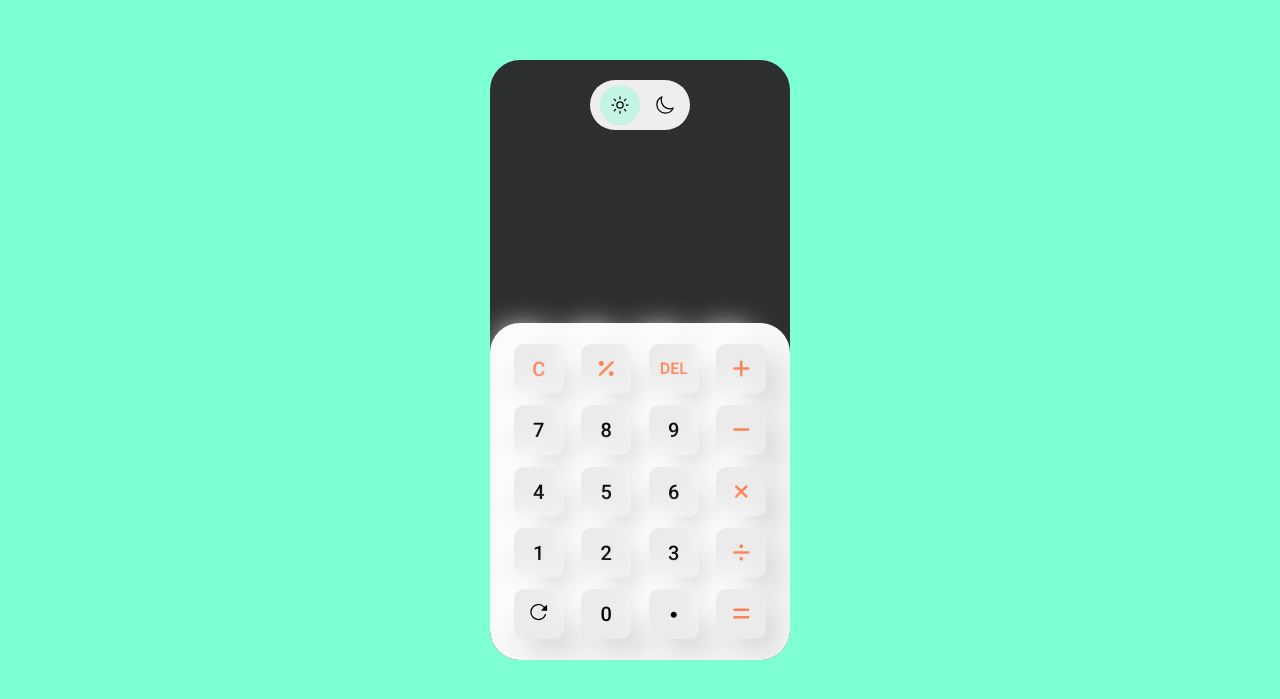
Repository: dinhtri123/caculator-app
Page: index.html
The author's editor kept a copy of each file at every save. The page is drawn from the files as they stood at one save, then again after the next save.
The browser window is 1280 px wide. The pictures show the whole page.
After loading, the first visible `div.button-mode` was clicked once.

Above is the page before, as saved 2023-01-03 21:28:55.

### index.html
<!DOCTYPE html>
<html lang="en" data-theme="light">
  <head>
    <meta charset="UTF-8" />
    <meta http-equiv="X-UA-Compatible" content="IE=edge" />
    <meta name="viewport" content="width=device-width, initial-scale=1.0" />
    <title>Caculator App</title>
    <script
      type="module"
      src="https://unpkg.com/ionicons@5.5.2/dist/ionicons/ionicons.esm.js"
    ></script>
    <script
      nomodule
      src="https://unpkg.com/ionicons@5.5.2/dist/ionicons/ionicons.js"
    ></script>
    <link
      rel="stylesheet"
      href="https://cdnjs.cloudflare.com/ajax/libs/font-awesome/6.2.1/css/all.min.css"
      integrity="sha512-MV7K8+y+gLIBoVD59lQIYicR65iaqukzvf/nwasF0nqhPay5w/9lJmVM2hMDcnK1OnMGCdVK+iQrJ7lzPJQd1w=="
      crossorigin="anonymous"
      referrerpolicy="no-referrer"
    />
    <link rel="stylesheet" href="style.css" />
  </head>
  <body>
    <div class="wrapper">
      <div class="mode">
        <div class="button-mode light active-mode">
          <ion-icon name="sunny-outline" class="icon-mode"></ion-icon>
        </div>
        <div class="button-mode dark">
          <ion-icon name="moon-outline" class="icon-mode"></ion-icon>
        </div>
      </div>
      <div class="main">
        <div class="display">
          <div class="show"></div>
          <div class="result"></div>
        </div>
        <div class="caculator">
          <div>
            <button class="btn clear operator">C</button>
          </div>
          <div>
            <button value="%" class="btn operator">
              <i class="fa-solid fa-percent"></i>
            </button>
          </div>
          <div>
            <button class="btn delete operator">DEL</button>
          </div>
          <div>
            <button value="+" class="btn">
              <i class="fa-solid fa-plus operator"></i>
            </button>
          </div>
          <div>
            <button value="7" class="btn">7</button>
          </div>
          <div>
            <button value="8" class="btn">8</button>
          </div>
          <div>
            <button value="9" class="btn">9</button>
          </div>
          <div>
            <button value="-" class="btn operator">
              <i class="fa-solid fa-minus"></i>
            </button>
          </div>
          <div>
            <button value="4" class="btn">4</button>
          </div>
          <div>
            <button value="5" class="btn">5</button>
          </div>
          <div>
            <button value="6" class="btn">6</button>
          </div>
          <div>
            <button value="*" class="btn operator">
              <i class="fa-solid fa-xmark"></i>
            </button>
          </div>
          <div>
            <button value="1" class="btn">1</button>
          </div>
          <div>
            <button value="2" class="btn">2</button>
          </div>
          <div>
            <button value="3" class="btn">3</button>
          </div>
          <div>
            <button value="/" class="btn operator">
              <i class="fa-solid fa-divide"></i>
            </button>
          </div>
          <div>
            <button class="undo">
              <ion-icon name="reload-outline"></ion-icon>
            </button>
          </div>
          <div>
            <button value="0" class="btn">0</button>
          </div>
          <div>
            <button class="btn dot" value=".">
              <i class="fa-solid fa-circle"></i>
            </button>
          </div>
          <div>
            <button class="btn equal operator">
              <i class="fa-solid fa-equals"></i>
            </button>
          </div>
        </div>
      </div>
    </div>
  </body>
  <script src="index.js"></script>
</html>

### style.css
@import url("https://fonts.googleapis.com/css2?family=Roboto:wght@100;300;400;500;700&display=swap");
* {
  margin: 0;
  padding: 0;
  box-sizing: border-box;
  font-family: "Roboto", sans-serif;
}
body {
  width: 100%;
  min-height: 100vh;
  height: 100%;
  background-color: aquamarine;
  font-size: 16px;
  line-height: 1.5;
  font-weight: 400;
  display: flex;
  justify-content: center;
  align-items: center;
}

.wrapper {
  max-width: 300px;
  width: 100%;
  height: 600px;
  background: white;
  border-radius: 30px;
  position: relative;
  overflow: hidden;
}
.mode-light {
  background-color: #2d2e2f;
}
.mode-dark {
  background-color: white;
}
.main-mode-light{
    background-color: #2d2e2f;
}
.mode {
  position: absolute;
  top: 20px;
  left: 50%;
  transform: translateX(-50%);
  width: 100px;
  height: 50px;
  background-color: rgb(239, 237, 237);
  border-radius: 30px;
  padding: 0px 10px;
  display: flex;
  justify-content: space-around;
  align-items: center;
  gap: 5px;
}
.light,
.dark {
  display: flex;
  justify-content: center;
  align-items: center;
  padding: 10px;
  border-radius: 50%;
}
.active-mode {
  background-color: rgba(127, 255, 212, 0.388);
}
.icon-mode {
  font-size: 20px;
  cursor: pointer;
}
.main {
  width: 100%;
  height: 100%;
  display: flex;
  flex-direction: column;
  gap: 40px;
}
.display {
  width: 100%;
  height: 40%;
  display: flex;
  flex-direction: column;
  justify-content: end;
  align-items: flex-end;
  padding: 0px 40px;
}
.show {
  font-size: 20px;
  font-weight: 600;
}
.result {
  font-size: 40px;
  font-weight: 700;
}
.caculator {
  width: 100%;
  height: 60%;
  padding: 15px;
  border-top-left-radius: 30px;
  border-top-right-radius: 30px;
  background-color: rgb(248, 248, 248);
  display: grid;
  grid-template-columns: repeat(4, 1fr);
  justify-content: center;
  align-items: center;
}
.caculator > div {
  display: flex;
  justify-content: center;
  align-items: center;
}
button {
  width: 50px;
  height: 50px;
  border-radius: 10px;
  outline: none;
  border: none;
  background: #ebebeb;
  box-shadow: 15px 15px 30px #d8d8d8, -15px -15px 30px #fefefe;
  font-size: 20px;
  cursor: pointer;
  font-weight: 500;
}
.dot {
  font-size: 6px;
}
.delete {
  font-size: 16px;
}
.operator {
  color: coral;
}

### index.js
// mode
const btnMode = document.querySelectorAll(".button-mode");
const main = document.querySelector(".main");
for (let i = 0; i < btnMode.length; i++) {
  btnMode[i].addEventListener("click", function () {
    for (let j = 0; j < btnMode.length; j++) {
      btnMode[j].className = btnMode[j].className.replace(" active-mode", "");
    }
    let elm = document.querySelector(".wrapper");
    if (btnMode[0].className !== " active-mode") {
      elm.classList.add("mode-light");
      main.classList.add("main-mode-light")
    }

    this.className += " active-mode";
  });
}
// caculator
const btn = document.querySelectorAll(".btn");
const result = document.querySelector(".result");
const show = document.querySelector(".show");
const equal = document.querySelector(".equal");
const resetField = document.querySelector(".clear");
const clearOneNumber = document.querySelector(".delete");
const undo = document.querySelector(".undo");

for (let i = 0; i < btn.length; i++) {
  btn[i].addEventListener("click", function () {
    show.textContent += this.value;
  });
}

equal.addEventListener("click", function () {
  const res = show.textContent;
  const output = eval(res);
  result.textContent = output;
  localStorage.setItem("undo", (show.textContent += this.value));
});

clearOneNumber.addEventListener("click", function () {
  let res = show.textContent;
  show.textContent = res.slice(0, -1);
});

resetField.addEventListener("click", function () {
  show.textContent = "";
  result.textContent = "";
});

undo.addEventListener("click", function () {
  let values = localStorage.getItem("undo");
  show.textContent = values;
});

After the next save:
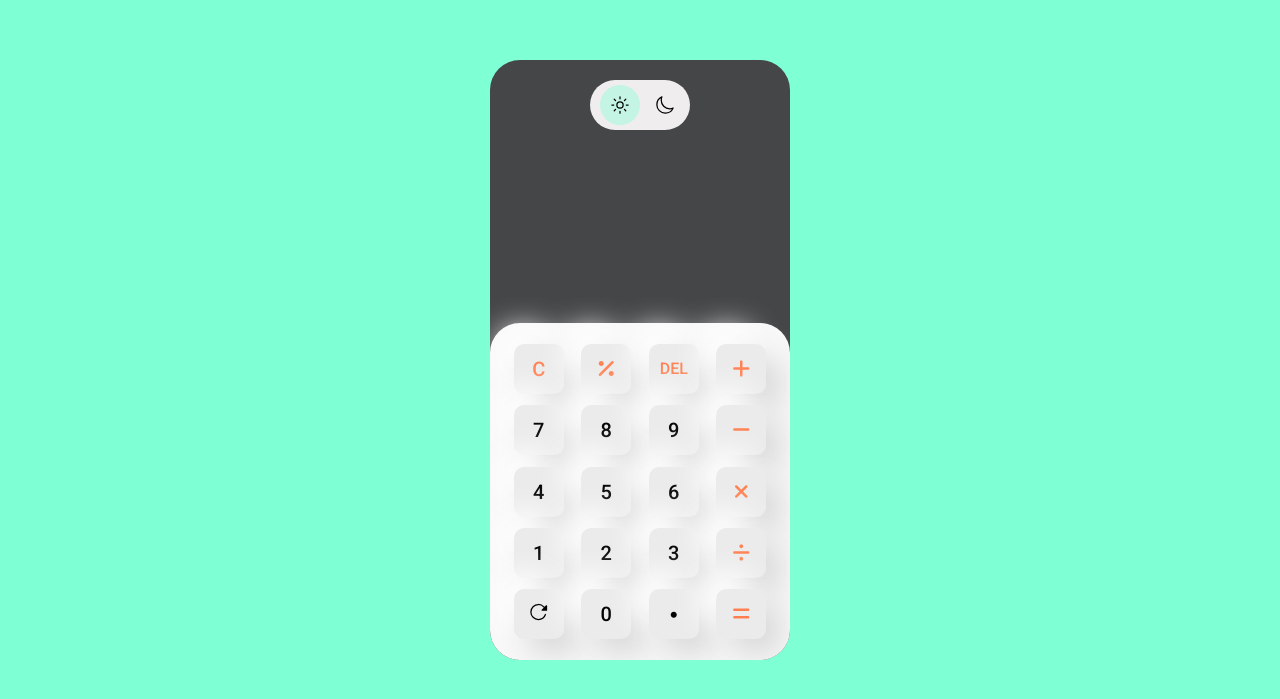
Saved 4 s later.
--- a/style.css
+++ b/style.css
@@ -34,7 +34,7 @@ body {
   background-color: white;
 }
 .main-mode-light{
-    background-color: #2d2e2f;
+    background-color: #454648;
 }
 .mode {
   position: absolute;

After the 4 saves that followed:
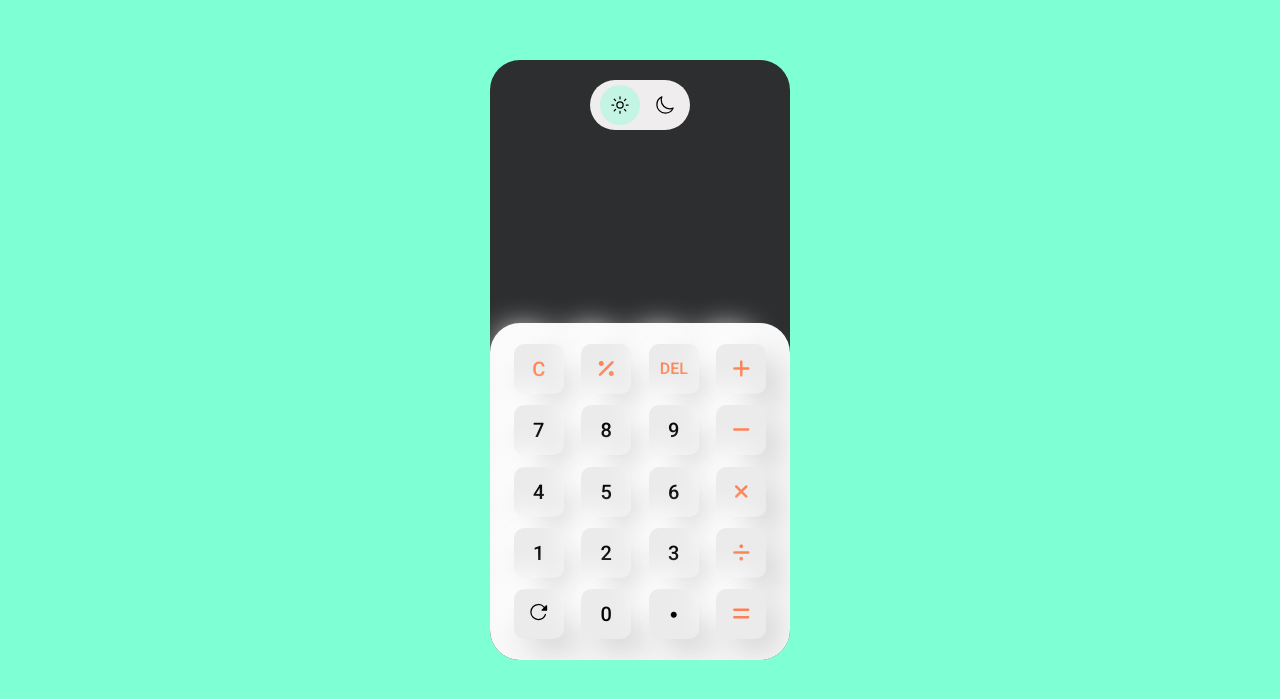
The 4 saves are shown as one change because 2 left the picture as it was and some came seconds apart.
The last was saved 41 s later.
--- a/index.js
+++ b/index.js
@@ -1,15 +1,16 @@
 // mode
 const btnMode = document.querySelectorAll(".button-mode");
-const main = document.querySelector(".main");
+
 for (let i = 0; i < btnMode.length; i++) {
   btnMode[i].addEventListener("click", function () {
     for (let j = 0; j < btnMode.length; j++) {
       btnMode[j].className = btnMode[j].className.replace(" active-mode", "");
     }
     let elm = document.querySelector(".wrapper");
+    let main = document.querySelector(".main");
     if (btnMode[0].className !== " active-mode") {
       elm.classList.add("mode-light");
-      main.classList.add("main-mode-light")
+      main.classList.add("main-light");
     }
 
     this.className += " active-mode";
